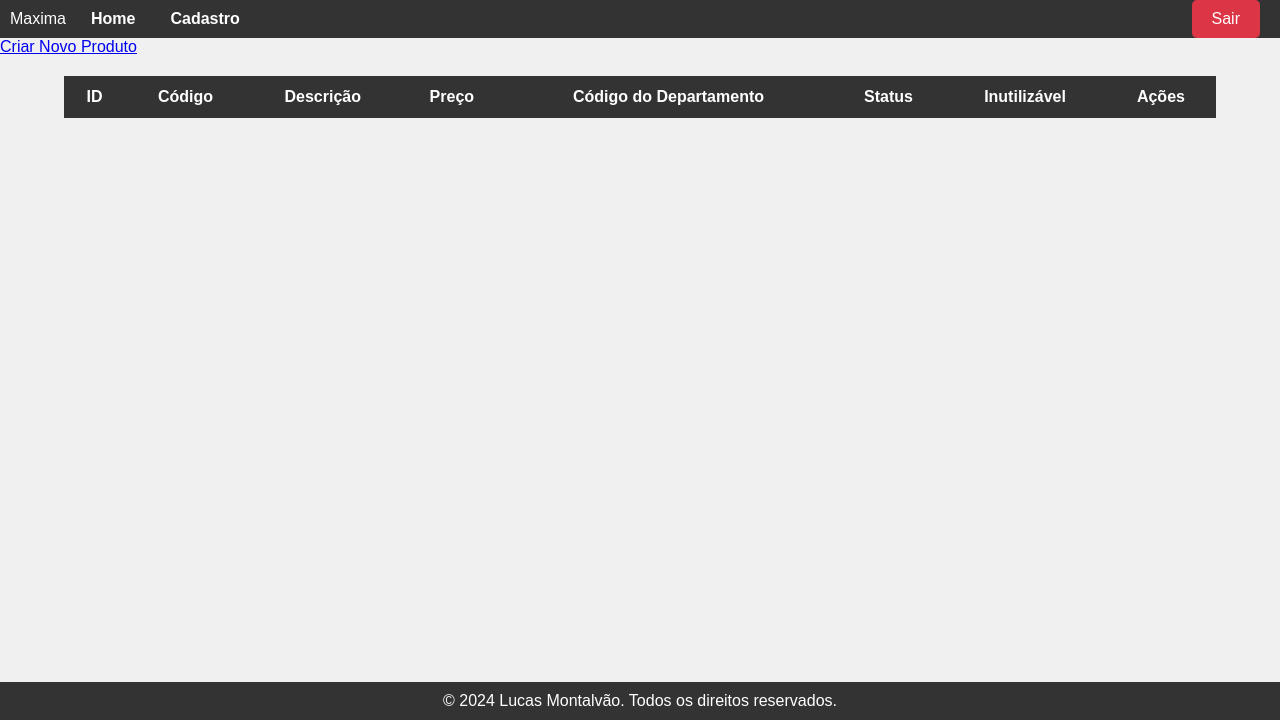
Repository: LucasMontalvao1/ProjetoMaxima
Page: /produto (app in AngularMaxima/)
An editor plug-in stored every save of this project. The page is shown before and after a run of saves, followed by the edit.
The browser window is 1280 px wide. The pictures show the whole page.
The page's requests for data from a server got no answer. The project was rebuilt for these pictures with package versions that can differ from the ones it lists, and the page was loaded fresh each time. No one was signed in, and anything a server would have sent is missing. Also part of the build but not shown: AngularMaxima/angular.json, AngularMaxima/src/app/pages/login/login.component.ts, AngularMaxima/src/app/pages/home/home.component.ts.

Above is the page before, as saved 2024-07-14 19:56:25.

### AngularMaxima/src/index.html
<!doctype html>
<html lang="en">
<head>
  <meta charset="utf-8">
  <title>AngularMaxima</title>
  <base href="/">
  <meta name="viewport" content="width=device-width, initial-scale=1">
  <link rel="icon" type="image/x-icon" href="favicon.ico">
</head>
<body>
  <app-root></app-root>
</body>
</html>

### AngularMaxima/src/styles.css
* {
  margin: 0;
  padding: 0;
  box-sizing: border-box;
}

body {
  font-family: Arial, sans-serif;
  background-color: #f0f0f0;
}

.container {
  display: flex;
  flex-direction: column;
  justify-content: space-between;
  min-height: 100vh;
}

### AngularMaxima/src/app/app.module.ts
import { NgModule } from '@angular/core';
import { BrowserModule } from '@angular/platform-browser';

import { AppRoutingModule } from './app-routing.module';
import { AppComponent } from './app.component';
import { LoginComponent } from './pages/login/login.component';
import { ReactiveFormsModule } from '@angular/forms';
import { HttpClientModule } from '@angular/common/http';
import { AuthService } from './services/auth.service';
import { HomeComponent } from './pages/home/home.component';
import { MenuComponent } from './layout/menu/menu.component';
import { FooterComponent } from './layout/footer/footer.component';
import { ProdutosComponent } from './pages/produto/produto.component';

@NgModule({
  declarations: [
    AppComponent,
    LoginComponent,
    HomeComponent,
    MenuComponent,
    FooterComponent,
    ProdutosComponent,

  ],
  imports: [
    BrowserModule,
    AppRoutingModule,
    ReactiveFormsModule,
    HttpClientModule
  ],
  providers: [AuthService],
  bootstrap: [AppComponent]
})
export class AppModule { }

### AngularMaxima/src/app/app-routing.module.ts
import { NgModule } from '@angular/core';
import { RouterModule, Routes } from '@angular/router';
import { LoginComponent } from './pages/login/login.component';
import { HomeComponent } from './pages/home/home.component';
import { ProdutosComponent } from './pages/produto/produto.component';

const routes: Routes = [
  { path: '', redirectTo: '/login', pathMatch: 'full'},
  { path: 'login', component: LoginComponent},
  { path: 'home', component: HomeComponent},
  { path: 'produto', component: ProdutosComponent},
  { path: 'home', component: HomeComponent},
];

@NgModule({
  imports: [RouterModule.forRoot(routes)],
  exports: [RouterModule]
})
export class AppRoutingModule { }

### AngularMaxima/src/app/app.component.ts
import { Component } from '@angular/core';

@Component({
  selector: 'app-root',
  templateUrl: './app.component.html',
  styleUrls: ['./app.component.css']
})
export class AppComponent {
  title = 'AngularMaxima';
}

### AngularMaxima/src/app/services/auth.service.ts
import { Injectable } from '@angular/core';
import { HttpClient } from '@angular/common/http';
import { Observable } from 'rxjs';
import { environment } from '../../../src/environments/environment';
import { Router } from '@angular/router';

@Injectable({
  providedIn: 'root'
})
export class AuthService {

  private apiUrl = environment.apiUrl;

  constructor(private http: HttpClient, private router: Router) { }

  login(username: string, password: string): Observable<any> {
    const body = { username, password };
    return this.http.post<any>(`${this.apiUrl}/login`, body, { responseType: 'text' as 'json' });
  }

    logout() {
    this.router.navigate(['/login']);
    }
}

### AngularMaxima/src/app/layout/menu/menu.component.ts
import { Component } from '@angular/core';
import { AuthService } from '../../services/auth.service';

@Component({
  selector: 'app-menu',
  templateUrl: './menu.component.html',
  styleUrls: ['./menu.component.css']
})
export class MenuComponent {

  constructor(private authService: AuthService) {}

  logout() {
    this.authService.logout();
  }
}

### AngularMaxima/src/app/pages/produto/produto.component.ts
// produtos.component.ts

import { Component, OnInit } from '@angular/core';
import { Produto } from '../../models/produto.model';
import { ProdutoService } from '../../services/produto.service';

@Component({
  selector: 'app-produtos',
  templateUrl: './produto.component.html',
  styleUrls: ['./produto.component.css']
})
export class ProdutosComponent implements OnInit {
  produtos: Produto[] = []; // Inicializando a propriedade produtos como um array vazio

  constructor(private produtoService: ProdutoService) { }

  ngOnInit(): void {
    this.CarregarProdutos();
  }

  CarregarProdutos(): void {
    this.produtoService.getAllProdutos().subscribe(
      (data: Produto[]) => {
        this.produtos = data;
      },
      (error) => {
        console.error('Erro ao carregar produtos:', error);
      }
    );
  }

  buscarProdutoPorId(id: number): void {
    this.produtoService.getProdutoById(id).subscribe(
      (produto: Produto) => {
        console.log('Produto encontrado:', produto);
        // Aqui você pode implementar lógica para lidar com o produto encontrado
      },
      (error) => {
        console.error('Erro ao buscar produto por ID:', error);
      }
    );
  }


  criarProduto(): void {
    const novoProduto: Produto = {
      codigo: 'NovoCodigo',
      descricao: 'Nova Descrição',
      preco: 0,
      departamentoCodigo: '001',
      status: 0,
      inutilizavel: 0
    };

    this.produtoService.createProduto(novoProduto).subscribe(
      (response: Produto) => {
        console.log('Produto criado com sucesso:', response);
        this.CarregarProdutos(); // Recarrega a lista de produtos após criar um novo
      },
      (error) => {
        console.error('Erro ao criar produto:', error);
      }
    );
  }

  editarProduto(id: number): void {
    // Implemente conforme necessário, utilizando o serviço ProdutoService
    // Exemplo de uso: this.produtoService.updateProduto(id, produto).subscribe(...)
  }

  detalhesProduto(id: number): void {
    // Implemente conforme necessário, utilizando o serviço ProdutoService
    // Exemplo de uso: this.produtoService.getProdutoById(id).subscribe(...)
  }

  excluirProduto(id: number): void {
    if (confirm('Tem certeza que deseja apagar este produto?')) {
      this.produtoService.deleteProduto(id).subscribe(
        () => {
          console.log('Produto excluído com sucesso.');
          this.CarregarProdutos(); // Recarrega a lista de produtos após excluir um produto
        },
        (error) => {
          console.error('Erro ao apagar produto:', error);
        }
      );
    }
  }
}

### AngularMaxima/src/environments/environment.ts
export const environment = {
  production: false,
  apiUrl: 'https://localhost:7041'
};

### AngularMaxima/src/app/layout/menu/menu.component.html
<div class="menu-container">
  <nav class="menu">
    <ul>
      <li>Maxima</li>
      <li><a routerLink="/home">Home</a></li>
      <li class="cadastro">
        <a href="#">Cadastro</a>
        <div class="submenu">
          <a routerLink="/produto">Produtos</a>
          <a routerLink="/departamento">Departamentos</a>
        </div>
      </li>
    </ul>
  </nav>

  <div class="user-actions">
    <button class="logout-button" (click)="logout()">Sair</button>
  </div>
</div>

### AngularMaxima/src/app/layout/menu/menu.component.css
/* styles.css (ou menu.component.css) */

.menu {
  background-color: #333;
  color: white;
  padding: 10px;
  display: flex;
  justify-content: space-between;
  align-items: center;
  position: relative; /* Adicionado para posicionamento absoluto do submenu */
  width: 100%;
}

.menu ul {
  list-style-type: none;
  display: flex;
}

.menu ul li {
  margin-right: 15px;
  position: relative; /* Adicionado para posicionamento absoluto do submenu */
}

.menu ul li a {
  color: white;
  text-decoration: none;
  font-weight: bold;
  padding: 10px;
  position: relative;
}

.menu ul li a:hover {
  text-decoration: underline;
}

.submenu {
  display: none;
  position: absolute;
  background-color: #333;
  padding: 10px;
  top: 100%; /* Posiciona o submenu abaixo do item de menu */
  left: 0;
  z-index: 1; /* Garante que o submenu apareça sobre outros elementos */
}

.menu ul li.cadastro:hover .submenu {
  display: block; /* Mostra o submenu quando o mouse passa sobre o item de menu */
}

.user-actions {
  margin-left: auto;
}

.logout-button {
  background-color: #dc3545;
  color: white;
  border: none;
  padding: 10px 20px;
  border-radius: 5px;
  cursor: pointer;
  font-size: 1rem;
}

.logout-button:hover {
  background-color: #c82333;
}

.header {
  position: fixed;
  top: 0;
  left: 0;
  width: 100%;
  background-color: #333;
  color: white;
  padding: 10px 20px;
  display: flex;
  justify-content: space-between;
  align-items: center;
}

.menu-container {
  display: flex;
  align-items: center; /* Ajuste para centralizar verticalmente */
}

.user-actions {
  position: absolute;
  top: 0;
  right: 20px; /* Ajuste a margem direita conforme necessário */
}

### AngularMaxima/src/app/layout/footer/footer.component.html
<footer class="footer">
  <p>&copy; 2024 Lucas Montalvão. Todos os direitos reservados.</p>
</footer>

### AngularMaxima/src/app/layout/footer/footer.component.css
.footer {
  background-color: #333;
  color: white;
  text-align: center;
  padding: 10px 0;
  width: 100%;
  position: fixed;
  bottom: 0;
  left: 0;
  z-index: 1000; /* Ajuste conforme necessário */
}

### AngularMaxima/src/app/pages/produto/produto.component.html
<app-menu></app-menu>
<p>
    <a routerLink="/produtos/create" class="btn btn-primary">Criar Novo Produto</a>
</p>

<table class="table table-striped table-hover">
    <thead>
        <tr>
            <th>ID</th>
            <th>Código</th>
            <th>Descrição</th>
            <th>Preço</th>
            <th>Código do Departamento</th>
            <th>Status</th>
            <th>Inutilizável</th>
            <th>Ações</th>
        </tr>
    </thead>
    <tbody>
        <tr *ngFor="let produto of produtos">
            <td>{{ produto.id }}</td>
            <td>{{ produto.codigo }}</td>
            <td>{{ produto.descricao }}</td>
            <td>{{ produto.preco | currency }}</td>
            <td>{{ produto.departamentoCodigo }}</td>
            <td>{{ produto.status }}</td>
            <td>{{ produto.inutilizavel }}</td>
            <td>
                <a routerLink="/produto/edit/{{ produto.id }}" class="btn btn-primary">Editar</a>
                <a routerLink="/produto/details/{{ produto.id }}" class="btn btn-primary">Detalhes</a>
                <button (click)="(produto.id)" class="btn btn-danger">Apagar</button>
            </td>
        </tr>
    </tbody>
</table>
<app-footer></app-footer>

### AngularMaxima/src/app/pages/produto/produto.component.css
/* produtos.component.css */

.table {
  width: 90%;
  margin: 20px auto; /* Centraliza a tabela com margem */
  border-collapse: collapse;
}

.table th, .table td {
  text-align: center;
  padding: 12px; /* Aumenta o padding para dar mais espaço nos botões */
}

.table th {
  background-color: #333; /* Cor azul para o cabeçalho */
  color: white;
  font-size: 16px;
  font-weight: bold;
}

.table td {
  background-color: #f8f9fa; /* Cor de fundo das células */
}

.table .btn {
  border-radius: 8px; /* Borda arredondada */
  margin-right: 15px;
  padding: 10px 16px; /* Aumenta o padding para deixar os botões maiores */
}

.table .btn-primary {
  background-color: #007BFF; /* Cor azul para os botões "Editar" e "Detalhes" */
  color: white;
}

.table .btn-primary:hover {
  background-color: #0056b3; /* Cor mais escura ao passar o mouse */
}

.table .btn-danger {
  background-color: #dc3545; /* Cor vermelha para o botão "Apagar" */
  color: white;
}

.table .btn-danger:hover {
  background-color: #c82333; /* Cor mais escura ao passar o mouse */
}

### AngularMaxima/src/app/services/produto.service.ts
import { Injectable } from '@angular/core';
import { HttpClient } from '@angular/common/http';
import { Observable } from 'rxjs';
import { environment } from '../../../src/environments/environment';
import { Router } from '@angular/router';
import { Produto } from '../models/produto.model';

@Injectable({
  providedIn: 'root'
})
export class ProdutoService {

  private apiUrl = environment.apiUrl;

  constructor(private http: HttpClient, private router: Router) { }

  getAllProdutos(): Observable<Produto[]> {
    return this.http.get<Produto[]>(`${this.apiUrl}/produto`);
  }

  getProdutoById(id: number): Observable<Produto> {
    return this.http.get<Produto>(`${this.apiUrl}/produtos/${id}`);
  }

  createProduto(produto: Produto): Observable<Produto> {
    return this.http.post<Produto>(`${this.apiUrl}/produtos`, produto);
  }

  updateProduto(id: number, produto: Produto): Observable<Produto> {
    return this.http.put<Produto>(`${this.apiUrl}/produtos/${id}`, produto);
  }

  deleteProduto(id: number): Observable<any> {
    return this.http.delete<any>(`${this.apiUrl}/produtos/${id}`);
  }
}

Loaded but not shown: AngularMaxima/src/main.ts (common file); AngularMaxima/src/app/layout/footer/footer.component.ts (common file); AngularMaxima/src/app/app.component.html (common file); AngularMaxima/src/app/app.component.css (no stored copy; drawn as an empty file)

After the next 3 saves:
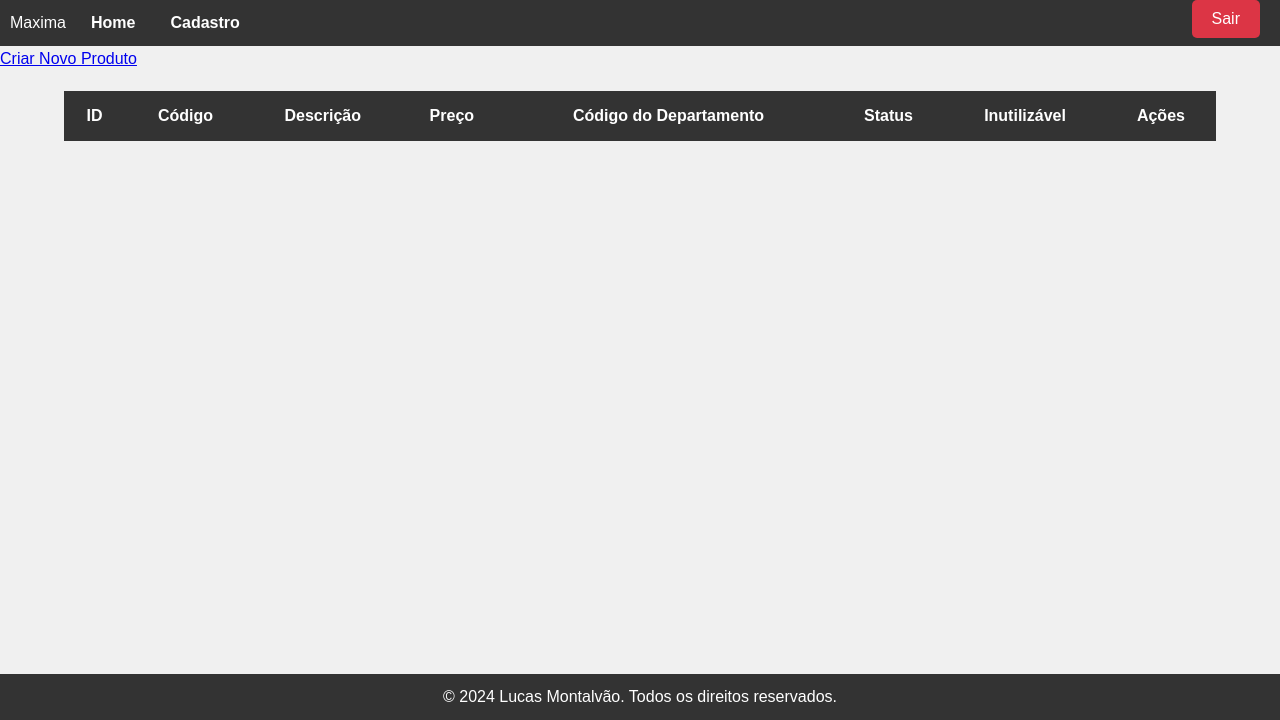
The 3 saves are shown as one change because they came seconds apart.
The last was saved 37 s later.
--- a/AngularMaxima/src/styles.css
+++ b/AngularMaxima/src/styles.css
@@ -7,6 +7,8 @@
 body {
   font-family: Arial, sans-serif;
   background-color: #f0f0f0;
+  font-size: 16px;
+  line-height: 1.6;
 }
 
 .container {
